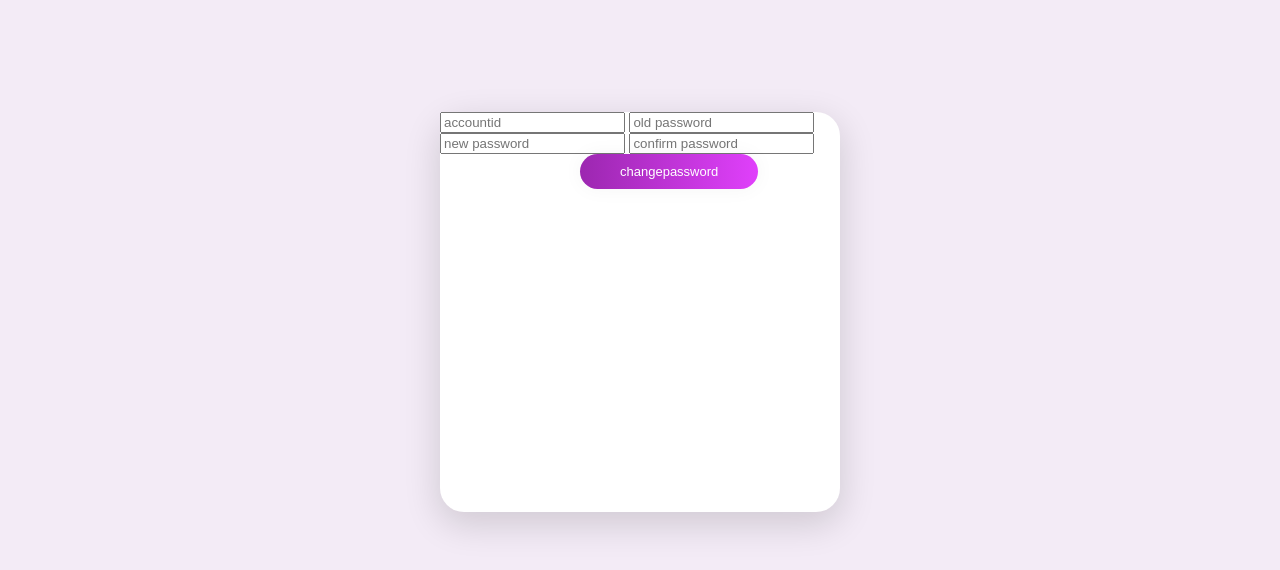
Repository: anujs099/bankingapp
Page: banking-application-final/WebContent/changepassword.html
The author's editor kept a copy of each file at every save. The page is drawn from the files as they stood at one save, then again after the next save.
The browser window is 1280 px wide. The pictures show the whole page.

Above is the page before, as saved 2021-03-07 14:50:26.

### banking-application-final/WebContent/changepassword.html
<!DOCTYPE html>
<html>
<head>
<meta charset="ISO-8859-1">
<title>Insert title here</title>
<link rel="stylesheet" href="LoginFile.css">
</head>
<body>
<div class="main">


<form action="changepassword" method="post">
<input type="number" placeholder="accountid" name="accountid">
<input type="text" placeholder="old password" name="oldpassword">
<input type="text" placeholder="new password" name="newpassword">
<input type="text" placeholder="confirm password" name="confirmpassword">
<input type="submit" value="changepassword" class="submit">
</form>


</div>
</body>
</html>

### banking-application-final/WebContent/LoginFile.css
@charset "ISO-8859-1";
 body {
        background-color: #F3EBF6;
        font-family: 'Ubuntu', sans-serif;
    }

    .main {
        background-color: #FFFFFF;
        width: 400px;
        height: 400px;
        margin: 7em auto;
        border-radius: 1.5em;
        box-shadow: 0px 11px 35px 2px rgba(0, 0, 0, 0.14);
    }

    .sign {
        padding-top: 40px;
        color: #8C55AA;
        font-family: 'Ubuntu', sans-serif;
        font-weight: bold;
        font-size: 23px;
    }

    .un {
    width: 76%;
    color: rgb(38, 50, 56);
    font-weight: 700;
    font-size: 14px;
    letter-spacing: 1px;
    background: rgba(136, 126, 126, 0.04);
    padding: 10px 20px;
    border: none;
    border-radius: 20px;
    outline: none;
    box-sizing: border-box;
    border: 2px solid rgba(0, 0, 0, 0.02);
    margin-bottom: 50px;
    margin-left: 46px;
    text-align: center;
    margin-bottom: 27px;
    font-family: 'Ubuntu', sans-serif;
    }

    form.form1 {
        padding-top: 40px;
    }

    .pass {
            width: 76%;
    color: rgb(38, 50, 56);
    font-weight: 700;
    font-size: 14px;
    letter-spacing: 1px;
    background: rgba(136, 126, 126, 0.04);
    padding: 10px 20px;
    border: none;
    border-radius: 20px;
    outline: none;
    box-sizing: border-box;
    border: 2px solid rgba(0, 0, 0, 0.02);
    margin-bottom: 50px;
    margin-left: 46px;
    text-align: center;
    margin-bottom: 27px;
    font-family: 'Ubuntu', sans-serif;
    }


    .un:focus, .pass:focus {
        border: 2px solid rgba(0, 0, 0, 0.18) !important;

    }

    .submit {
      cursor: pointer;
        border-radius: 5em;
        color: #fff;
        background: linear-gradient(to right, #9C27B0, #E040FB);
        border: 0;
        padding-left: 40px;
        padding-right: 40px;
        padding-bottom: 10px;
        padding-top: 10px;
        font-family: 'Ubuntu', sans-serif;
        margin-left: 35%;
        font-size: 13px;
        box-shadow: 0 0 20px 1px rgba(0, 0, 0, 0.04);
    }

    .forgot {
        text-shadow: 0px 0px 3px rgba(117, 117, 117, 0.12);
        color: #E1BEE7;
        padding-top: 15px;
    }

    a {
        text-shadow: 0px 0px 3px rgba(117, 117, 117, 0.12);
        color: #E1BEE7;
        text-decoration: none
    }

    @media (max-width: 600px) {
        .main {
            border-radius: 0px;
        }

    }

After the next save:
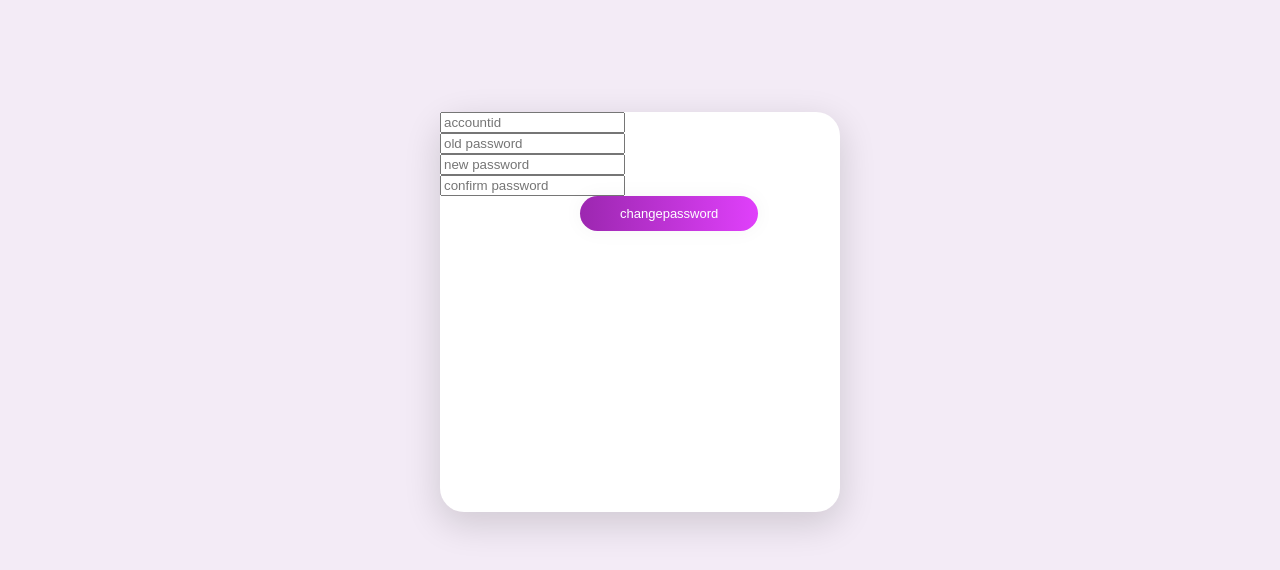
Saved 22 s later.
--- a/banking-application-final/WebContent/changepassword.html
+++ b/banking-application-final/WebContent/changepassword.html
@@ -10,10 +10,10 @@
 
 
 <form action="changepassword" method="post">
-<input type="number" placeholder="accountid" name="accountid">
-<input type="text" placeholder="old password" name="oldpassword">
-<input type="text" placeholder="new password" name="newpassword">
-<input type="text" placeholder="confirm password" name="confirmpassword">
+<input type="number" placeholder="accountid" name="accountid"><br>
+<input type="text" placeholder="old password" name="oldpassword"><br>
+<input type="text" placeholder="new password" name="newpassword"><br>
+<input type="text" placeholder="confirm password" name="confirmpassword"><br>
 <input type="submit" value="changepassword" class="submit">
 </form>
 
